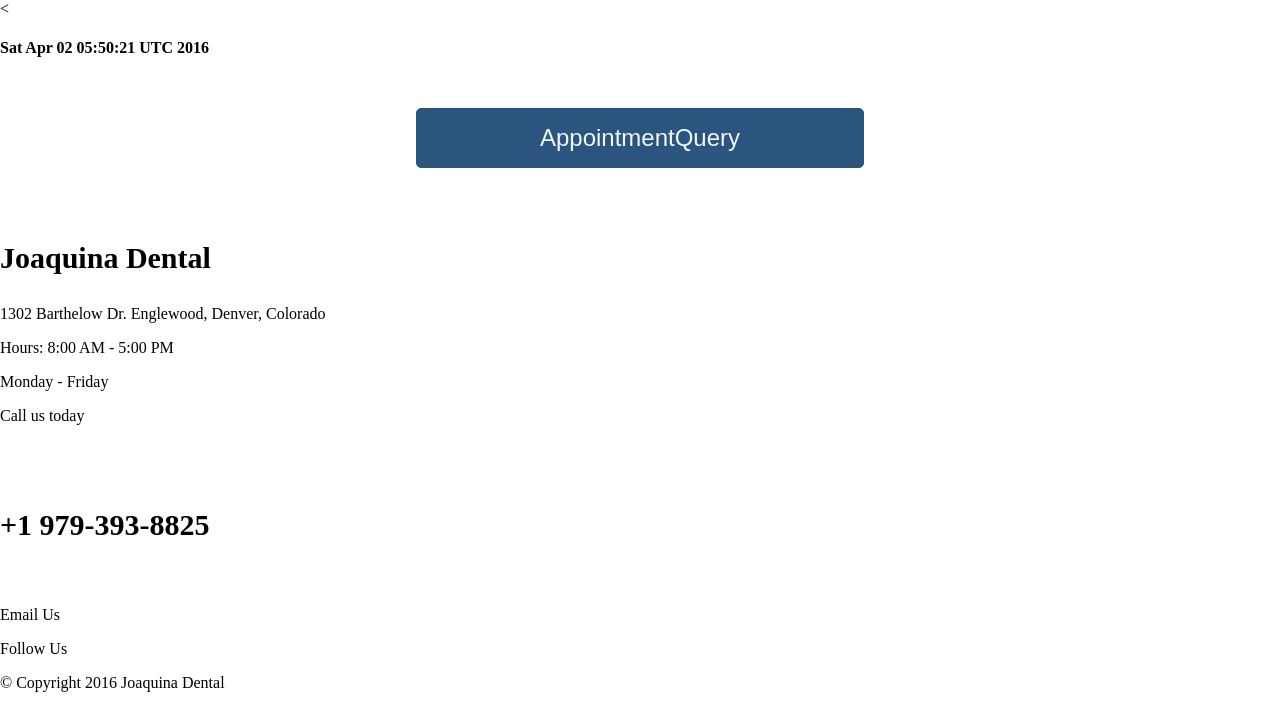
Repository: ManjushaBolishetty/test
Page: http://localhost/test/
The author's editor kept a copy of each file at every save. The page is drawn from the files as they stood at one save, then again after the next save.
The browser window is 1280 px wide. The pictures show the whole page.
The page is served by Tomcat 9.

Above is the page before, as saved 2016-04-03 04:33:32.

After the next save:
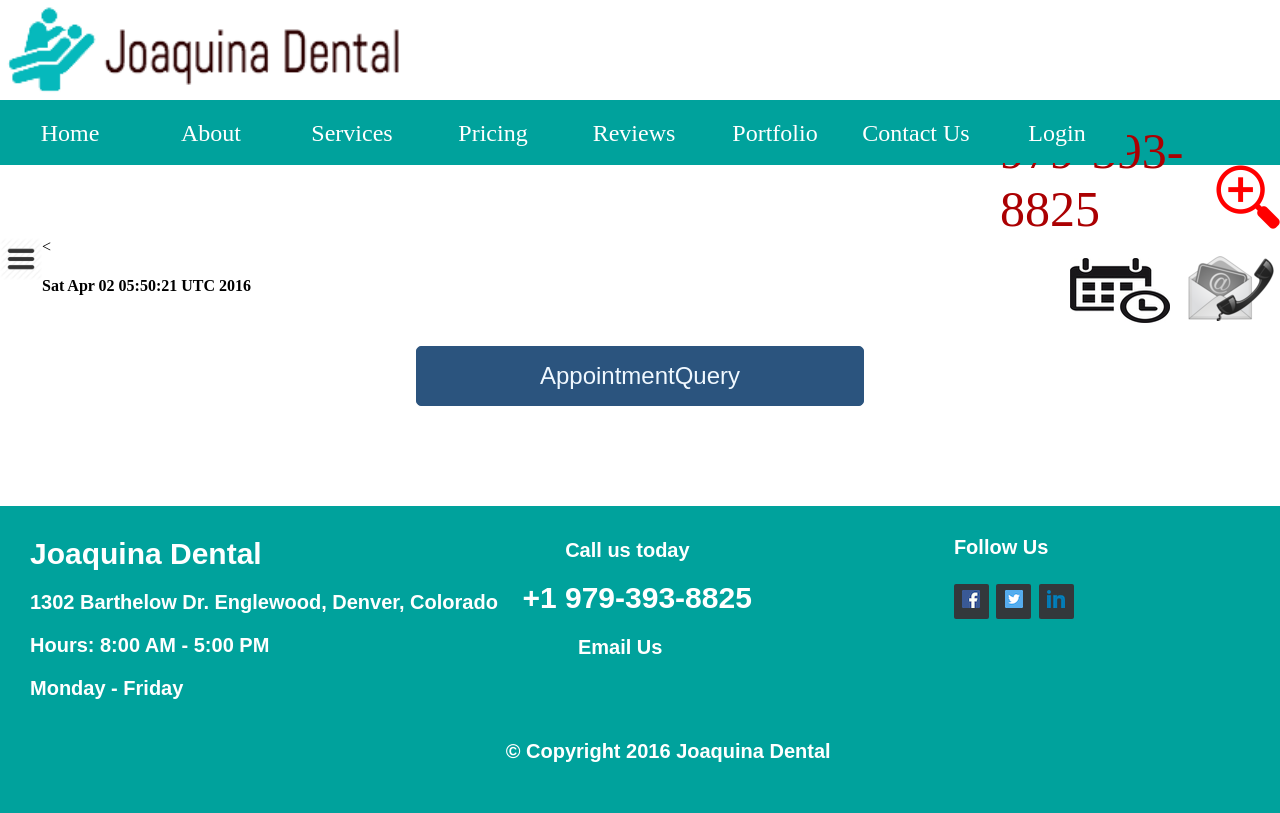
Saved 63 s later.
--- a/test/WebContent/DentistHomePage.jsp
+++ b/test/WebContent/DentistHomePage.jsp
@@ -1,6 +1,4 @@
-<%@ page language="java"
-    contentType="text/html; charset=ISO-8859-1"
-    pageEncoding="ISO-8859-1"%>
+<%@include file="header.jsp" %>
 <%@ page import="java.io.*,java.util.*" %>
 <%@ page import="javax.servlet.*,java.text.*" %>
 
